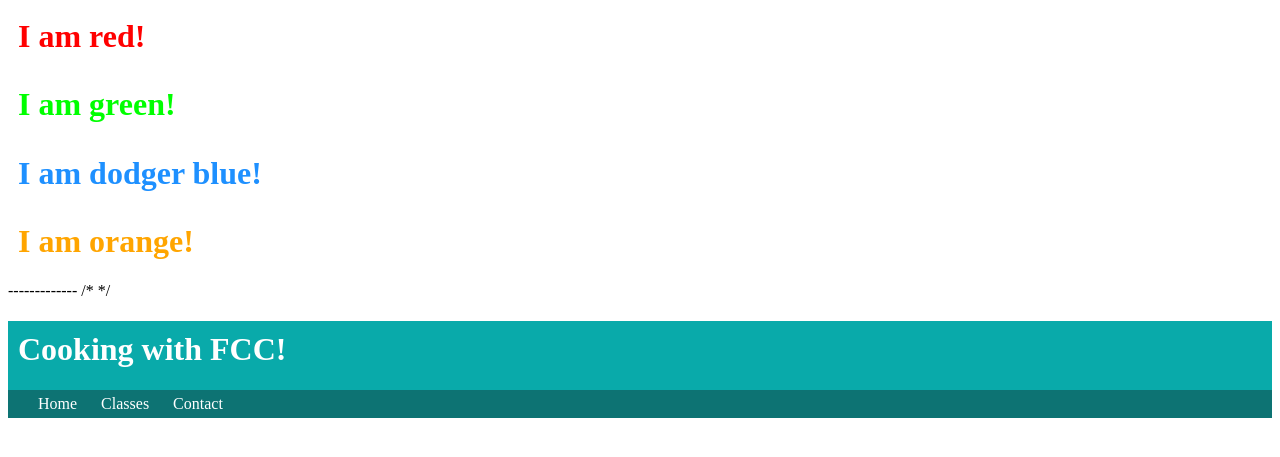
Repository: betsya97/freeCodeCamp_WebBasics
Page: html/colors.html
These files come from the project's save history. The page is drawn as it stood at one moment and after the next save; the edit follows.
The browser window is 1280 px wide. The pictures show the whole page.

Above is the page before, as saved 2021-03-07 23:12:11.

### html/colors.html
<style>
    .red-text {
      color: #FF0000;
    }
    .green-text {
      color:#0F0;
    }
    .dodger-blue-text {
      color: #1E90FF;
    }
    .orange-text {
      color: #FFA500;
    }
  </style>

  <h1 class="red-text">I am red!</h1>

  <h1 class="green-text">I am green!</h1>

  <h1 class="dodger-blue-text">I am dodger blue!</h1>

  <h1 class="orange-text">I am orange!</h1>
  <!--two digits for  R, two for G, two for Blue-->
  <!--or  1 digit for R, 1 for G, 1 for Blue -->
  <!--alternative: use rgb(0,0,0);-->
  -------------
/* */
  <style>
    header {
      background-color: hsl(180, 90%, 35%);
      color: #FFFFFF;
    }

    nav {
      background-color: hsl(180,80%,25%);
    }

    h1 {
      text-indent: 10px;
      padding-top: 10px;
    }

    nav ul {
      margin: 0px;
      padding: 5px 0px 5px 30px;
    }

    nav li {
      display: inline;
      margin-right: 20px;
    }

    a {
      text-decoration: none;
      color: inherit;
    }
  </style>

  <header>
    <h1>Cooking with FCC!</h1>
    <nav>
      <ul>
        <li><a href="#">Home</a></li>
        <li><a href="#">Classes</a></li>
        <li><a href="#">Contact</a></li>
      </ul>
    </nav>
  </header>

After the next save:
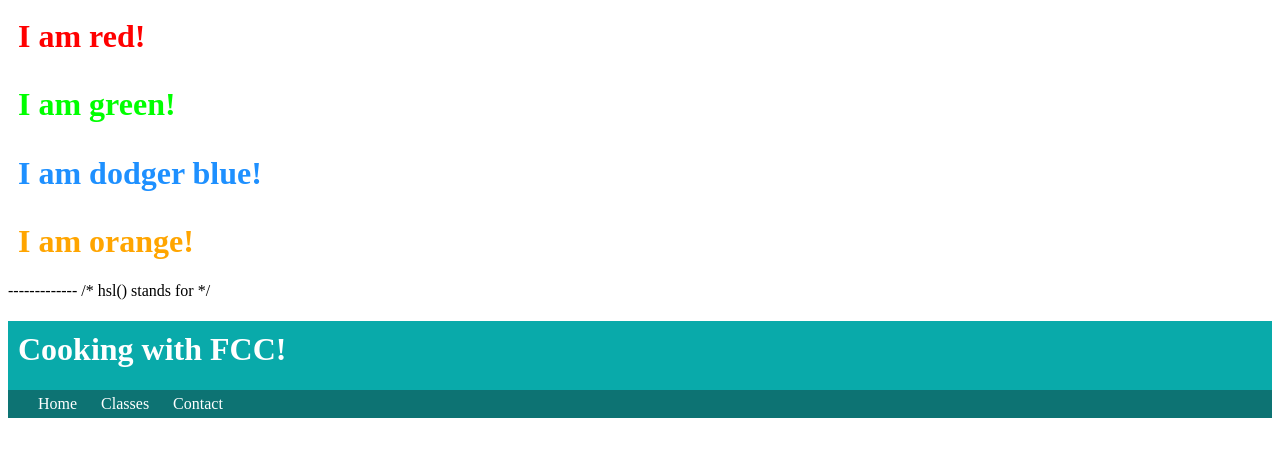
Saved 11 s later.
--- a/html/colors.html
+++ b/html/colors.html
@@ -24,7 +24,7 @@
   <!--or  1 digit for R, 1 for G, 1 for Blue -->
   <!--alternative: use rgb(0,0,0);-->
   -------------
-/* */
+/* hsl() stands for */
   <style>
     header {
       background-color: hsl(180, 90%, 35%);
